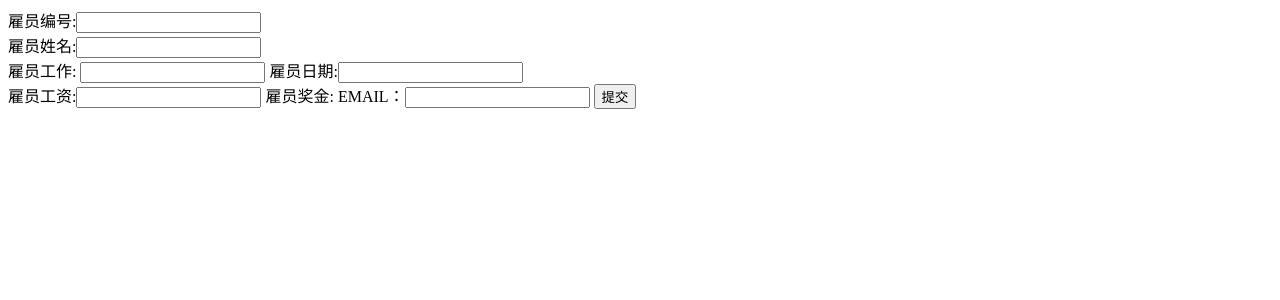
Repository: wikelgc/JSP
Page: http://localhost/ZhuCe/zhuce.jsp
An editor plug-in stored every save of this project. The page is shown before and after the next save, followed by the edit.
The browser window is 1280 px wide. The pictures show the whole page.
The page is served by Tomcat 9.

Above is the page before, as saved 2015-05-31 08:23:57.

After the next save:
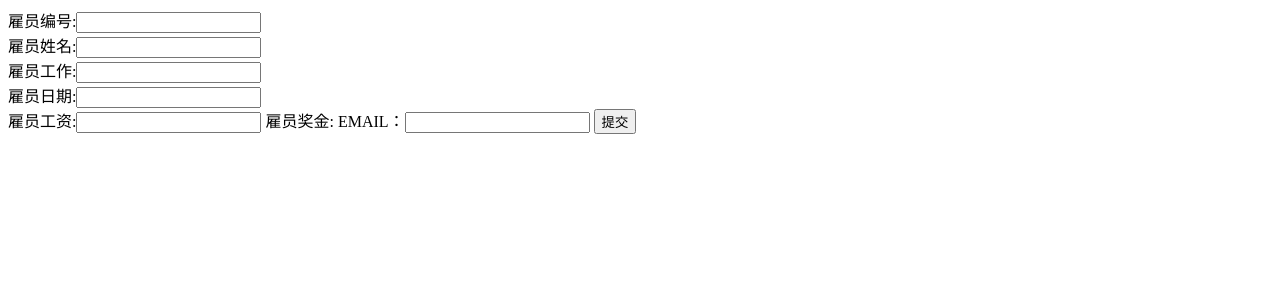
Saved 50 s later.
--- a/ZhuCe/WebRoot/zhuce.jsp
+++ b/ZhuCe/WebRoot/zhuce.jsp
@@ -20,12 +20,12 @@
 	<form action="" method="post" name="myform" onSubmit="return validate(this)">
 		雇员编号:<input type = "text" name = username><br>
 		雇员姓名:<input type = "password" name = userpsw><br>
-		雇员工作: <input id="myCar" list="cars" />
-               <datalist id="cars">
+		雇员工作:<input id="myCar" list="cars"/>
+              <datalist id="cars">
 	               <option value="宣传部">
 	               <option value="销售部">
 	               <option value="技术部">
-              	</datalist>
+              </datalist><br>
 		雇员日期:<input typp = "data" name = userdata><br>
 		雇员工资:<input type = "">
 		雇员奖金:
